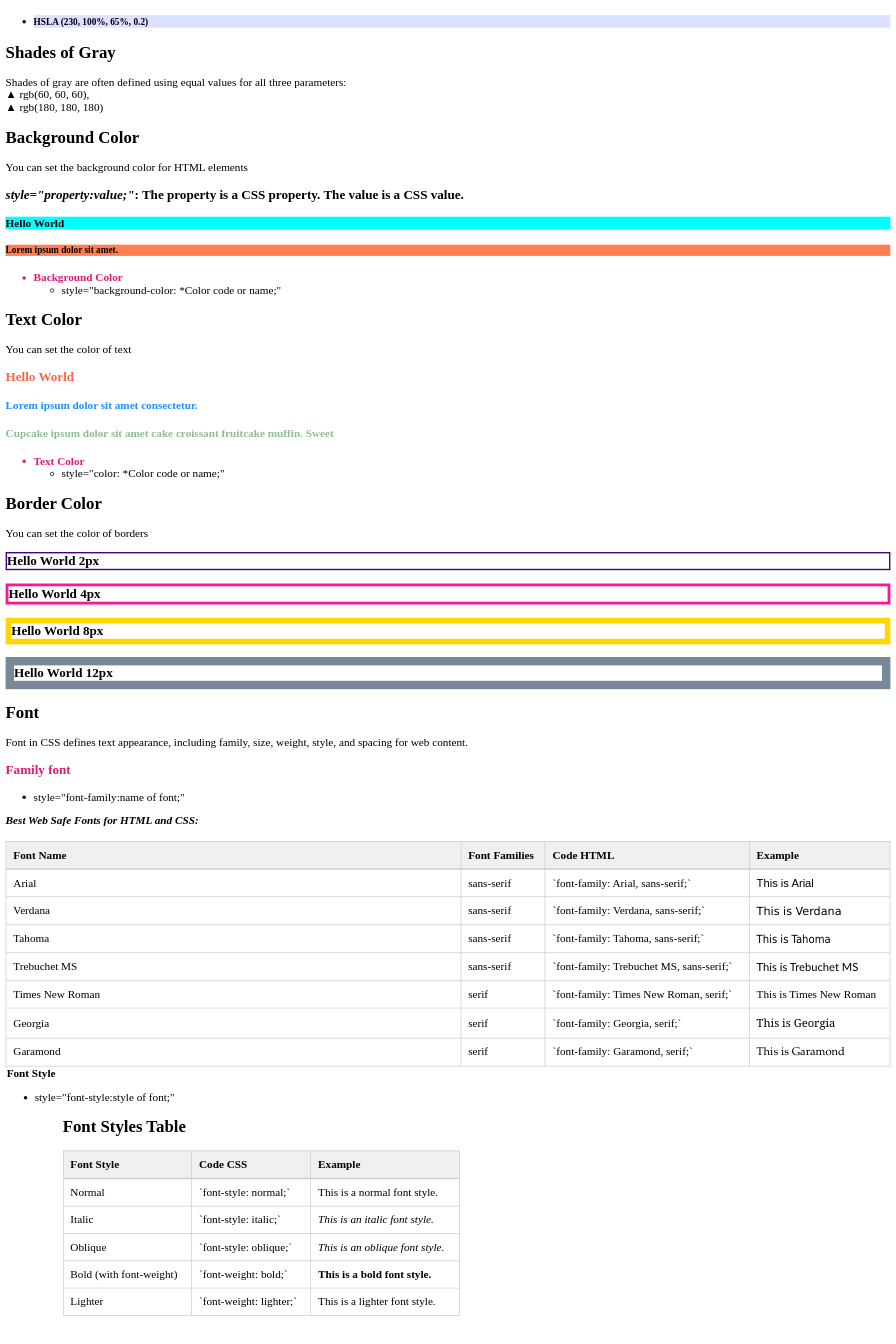
Repository: AnnaSpirit/2025_
Page: Bases/OK/HTML_Text_Formatting.html
The author's editor kept a copy of each file at every save. The page is drawn from the files as they stood at one save, then again after the next save.
The browser window is 1280 px wide. The pictures show the part of the page from y = 2022 to 3942 px (the page is 3942 px tall before and 3926 px after), at 70% of full size.

Above is the page before, as saved 2025-01-09 16:17:31.

After the next save:
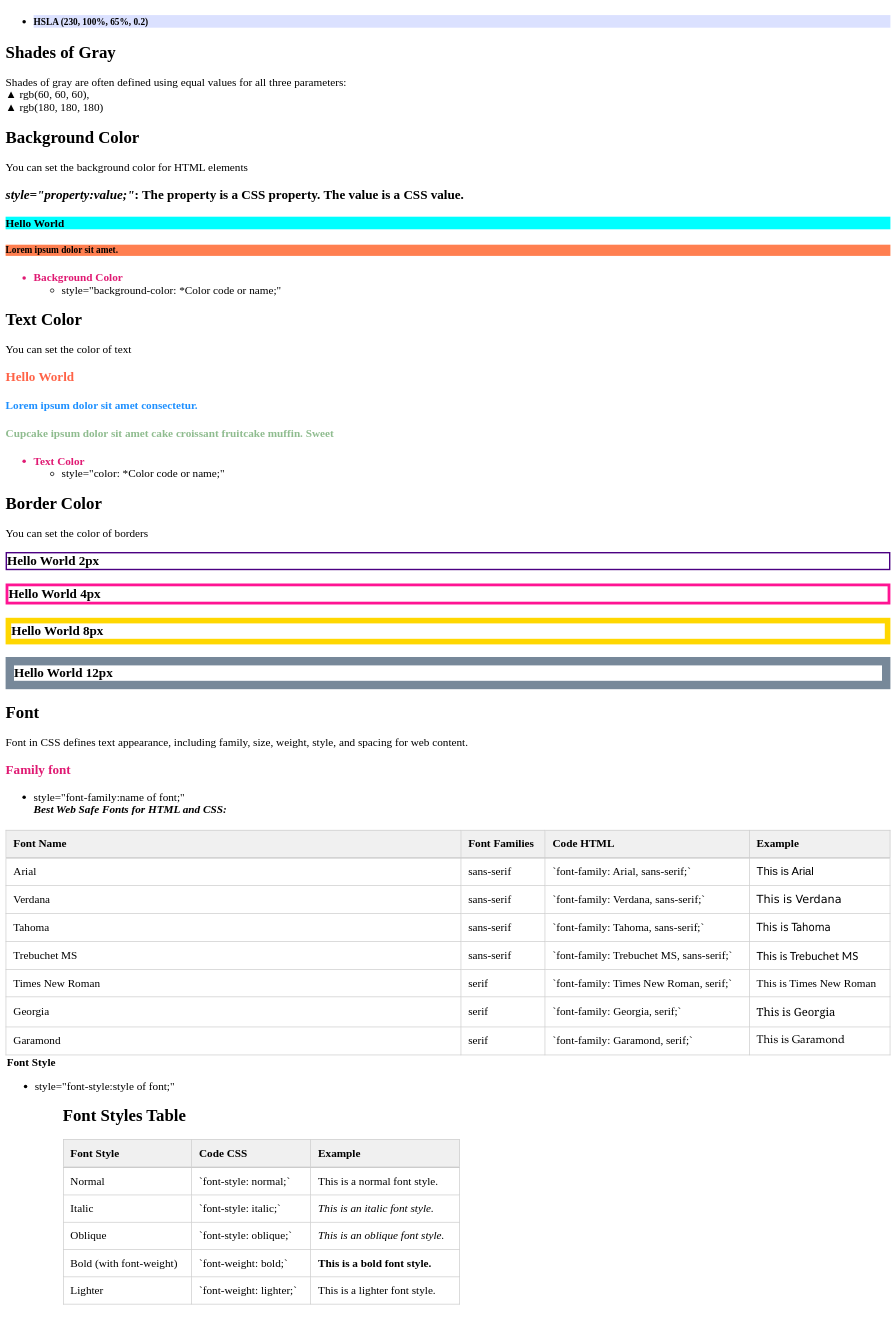
Saved 10 s later.
--- a/Bases/OK/HTML_Text_Formatting.html
+++ b/Bases/OK/HTML_Text_Formatting.html
@@ -217,8 +217,8 @@
     <p>Font in CSS defines text appearance, including family, size, weight, style, and spacing for web content.<br>
         <h3 style="color:rgb(224, 26, 115);">Family font</font></h3>
     <ul>
-        <li>style="font-family:name of font;"<br></li>
-        </ul><em><b>Best Web Safe Fonts for HTML and CSS: </em></b></ul>
+        <li>style="font-family:name of font;"<br><em><b>Best Web Safe Fonts for HTML and CSS: </em></b></li>
+        </ul></ul>
 
     <table style="width: 100%; border-collapse: collapse; text-align: left; margin: 20px 0;">
         <thead>
